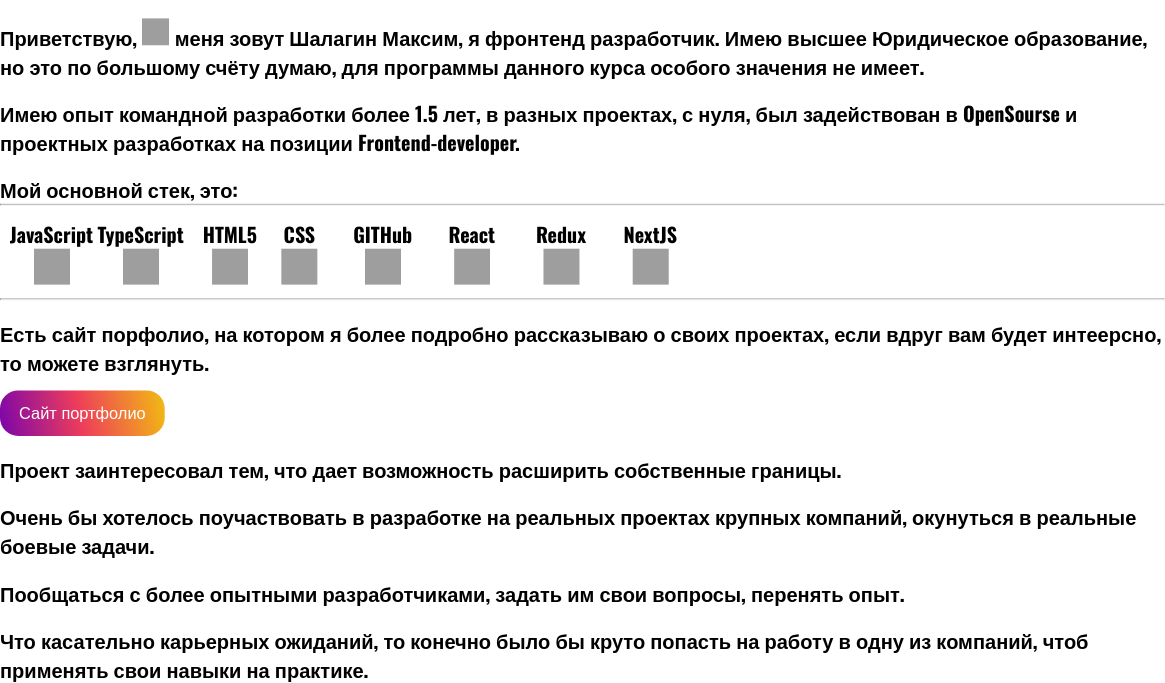
Repository: ni4egonepridumal/letter
Page: index.html
The author's editor kept a copy of each file at every save. The page is drawn from the files as they stood at one save, then again after the next save.
The browser window is 1280 px wide. The pictures show the whole page, at 91% of full size.
Pictures or frames that could not be fetched are drawn as grey boxes.

Above is the page before, as saved 2024-01-18 18:13:03.

After the next save:
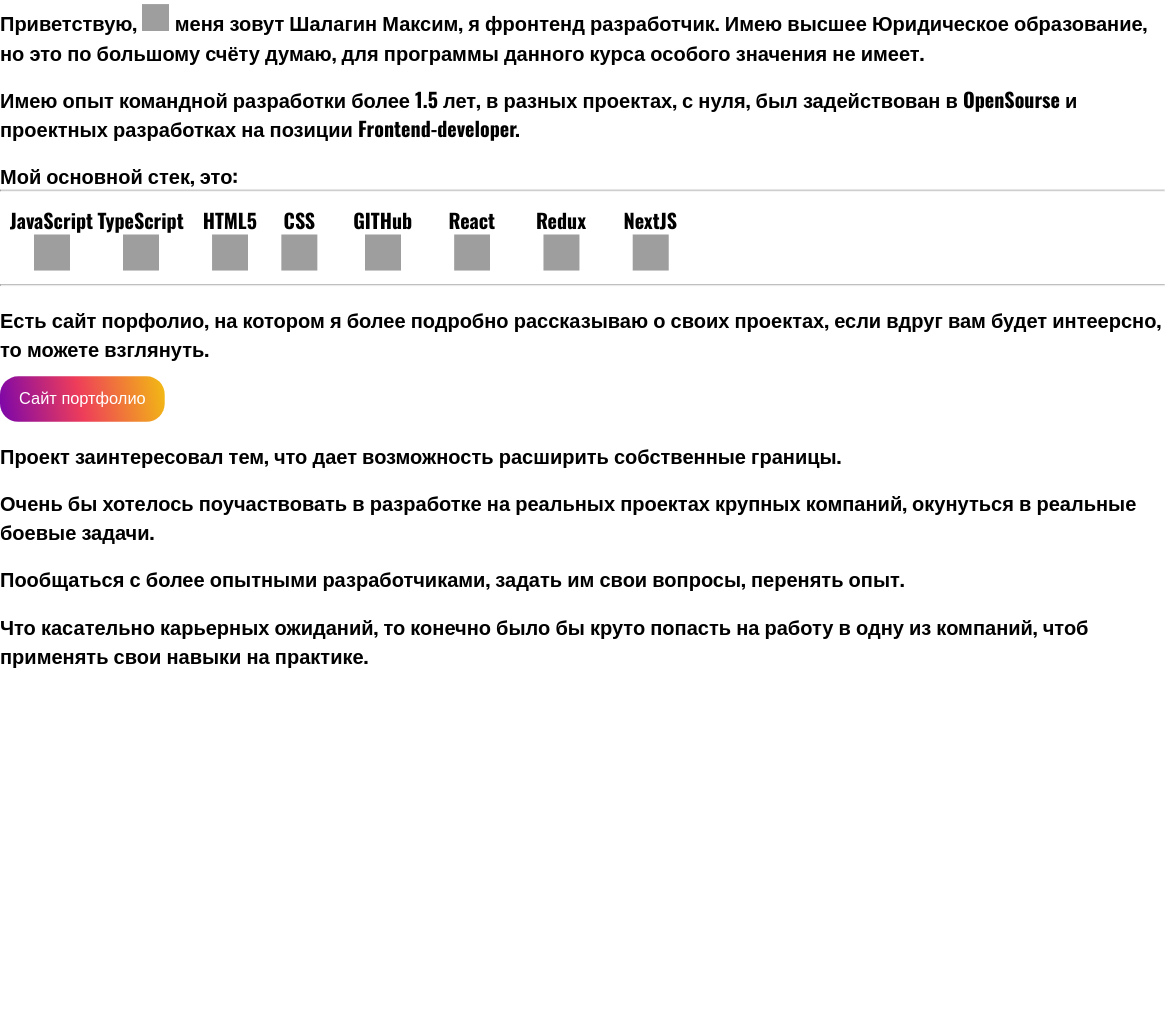
Saved 22 s later.
--- a/style.css
+++ b/style.css
@@ -16,8 +16,9 @@ p {
   display: flex;
 }
 .inner {
-  margin: auto;
-  max-width: 1500px;
+  margin-inline: auto;
+  margin-block-start: 50vh;
+  transform: translateY(-50%);
 }
 .myScills {
   display: flex;
